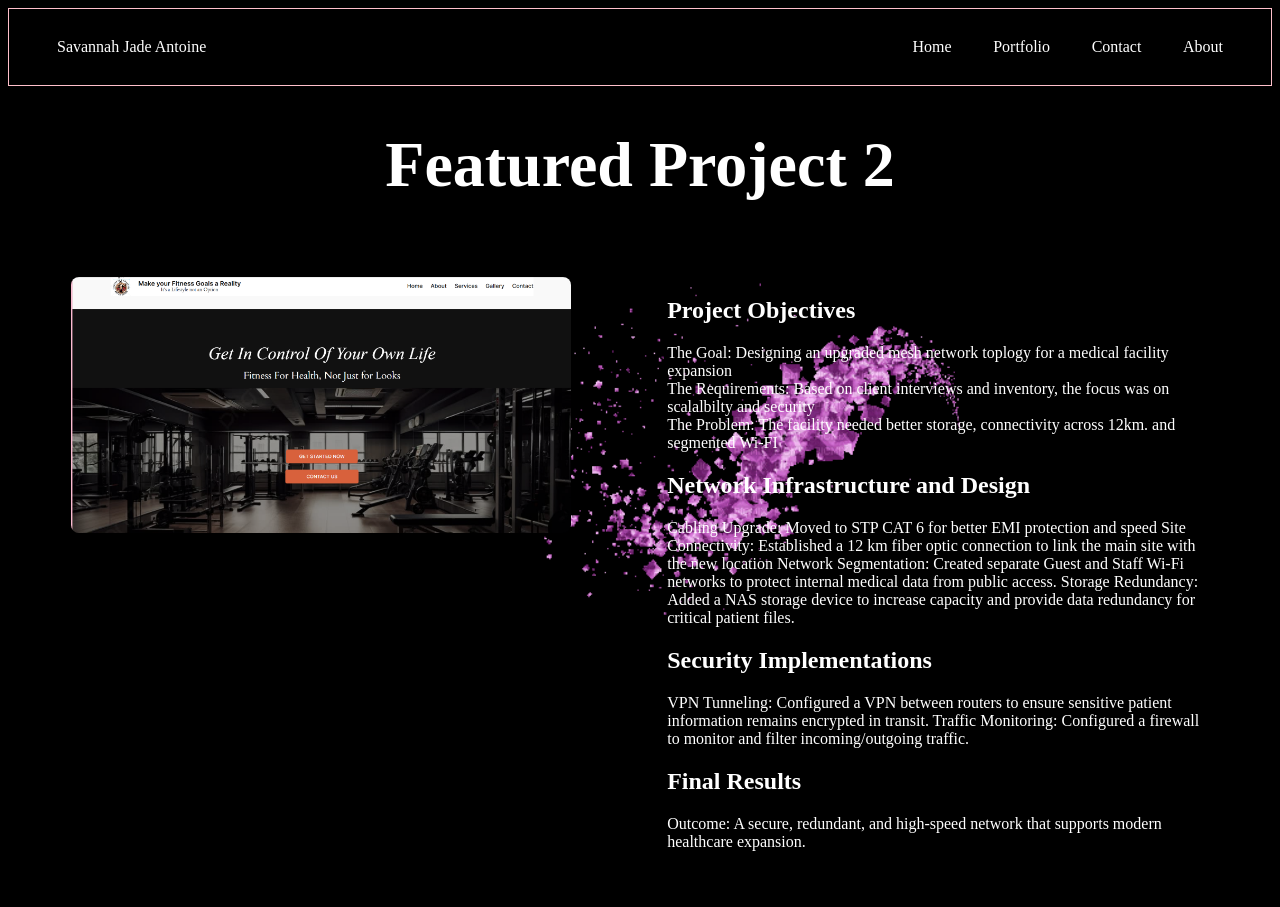
Repository: Savannah-Antoine/Savannah-Antoine
Page: pages/project-name-2.html
An editor plug-in stored every save of this project. The page is shown before and after the next save, followed by the edit.
The browser window is 1280 px wide. The pictures show the whole page.

Above is the page before, as saved 2026-05-15 15:57:21.

After the next save:
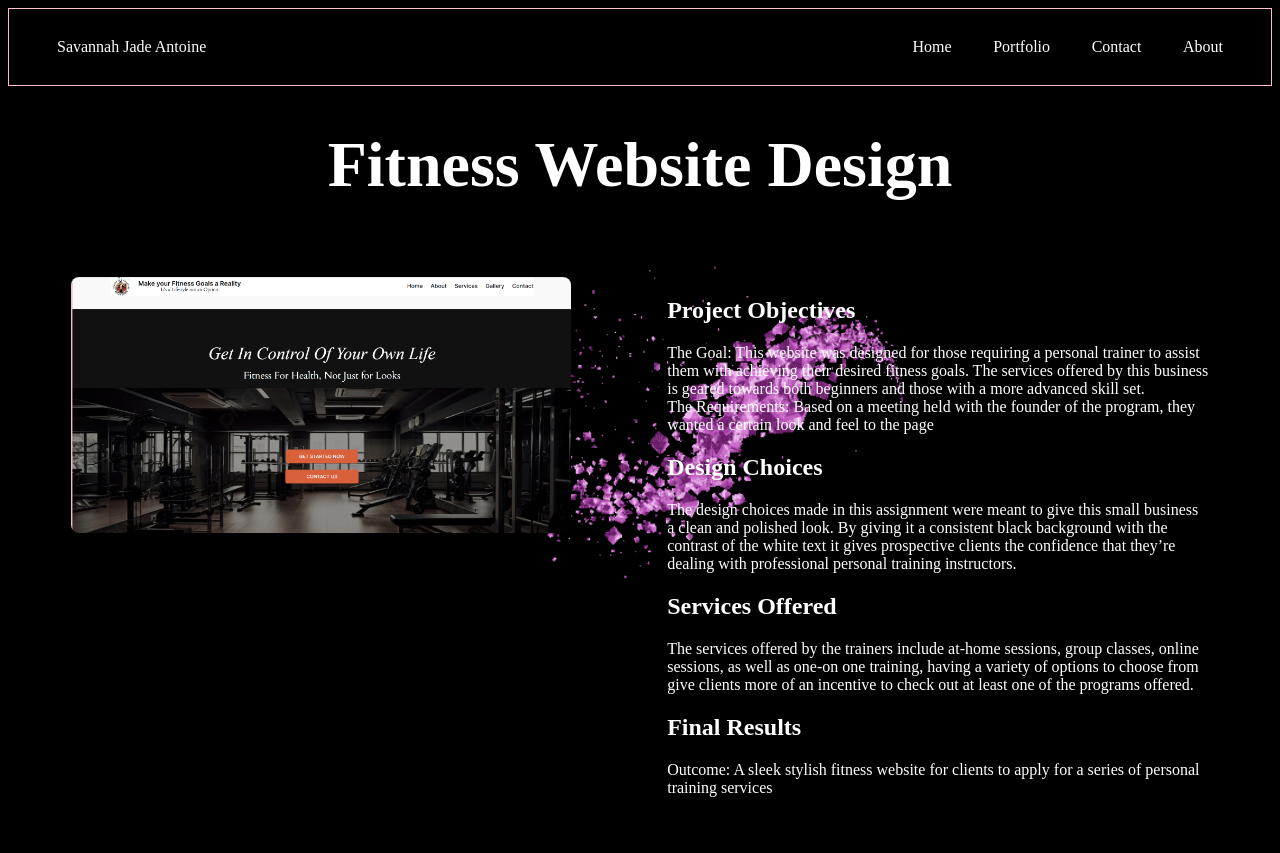
Saved 9 h 13 min later.
--- a/pages/project-name-2.html
+++ b/pages/project-name-2.html
@@ -21,7 +21,7 @@
            <li><a   href = "../index.html">Savannah Jade Antoine</a></li>
         </ul>
 </nav>
-    <h1>Featured Project 2</h1>
+    <h1>Fitness Website Design</h1>
 </header>
 <main class = "container">
 
@@ -33,24 +33,18 @@
 <section>
 <h2>Project Objectives</h2>
     <p>
-        The Goal: Designing an upgraded mesh network toplogy for a medical facility expansion<br>
-        The Requirements: Based on client interviews and inventory, the focus was on scalalbilty and security<br>
-        The Problem: The facility needed better storage, connectivity across 12km. and segmented Wi-FI
-    </p>
-<h2>Network Infrastructure and Design</h2>
+        The Goal: This website was designed for those requiring a personal trainer to assist them with achieving their desired fitness goals. The services offered by this business is geared towards both beginners and those with a more advanced skill set. <br>
+        The Requirements: Based on a meeting held with the founder of the program, they wanted a certain look and feel to the page<br>
+
+<h2>Design Choices</h2>
 <p>
-    Cabling Upgrade: Moved to STP CAT 6 for better EMI protection and speed
-    Site Connectivity: Established a 12 km fiber optic connection to link the main site with the new location
-    Network Segmentation: Created separate Guest and Staff Wi-Fi networks to protect internal medical data from public access.
-     Storage Redundancy: Added a NAS storage device to increase capacity and provide data redundancy for critical patient files.
+    The design choices made in this assignment were meant to give this small business a clean and polished look. By giving it a consistent black background with the contrast of the white text it gives prospective clients the confidence that they’re dealing with professional personal training instructors.
 </p>
 
 
-<h2>Security Implementations</h2>
+<h2>Services Offered</h2>
 <p>
-VPN Tunneling: Configured a VPN between routers to ensure sensitive patient information remains encrypted in transit.
-
-Traffic Monitoring: Configured a firewall to monitor and filter incoming/outgoing traffic.
+    The services offered by the trainers include at-home sessions, group classes, online sessions, as well as one-on one training, having a variety of options to choose from give clients more of an incentive to check out at least one of the programs offered.
 
 </p>
 
@@ -58,8 +52,7 @@ Traffic Monitoring: Configured a firewall to monitor and filter incoming/outgoin
 <h2>Final Results</h2>
 
 <p>
-    Outcome: A secure, redundant, and high-speed network that supports modern healthcare expansion.
-</p>
+    Outcome: A sleek stylish fitness website for clients to apply for a series of personal training services
 </section>
 </div>
 
